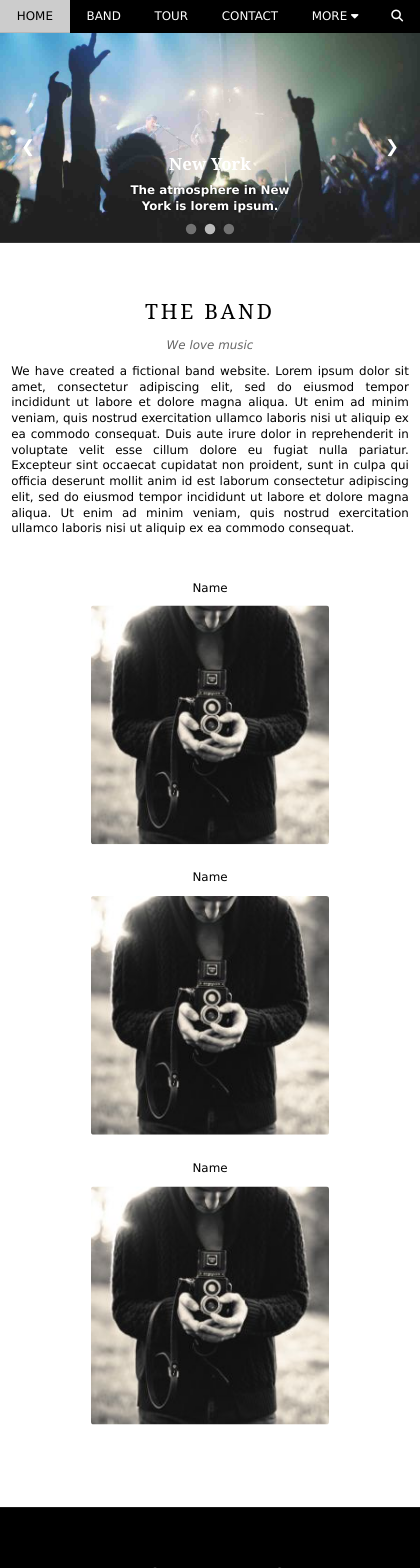
Repository: tam1512/The-Band
Page: index.html
An editor plug-in stored every save of this project. The page is shown before and after the next save, followed by the edit.
The browser window is 600 px wide. The pictures show the part of the page from y = 0 to 2240 px (the page is 5577 px tall before and 5558 px after), at 70% of full size.
Some web libraries are served in a nearby version.

Above is the page before, as saved 2022-07-28 10:42:21.

After the next save:
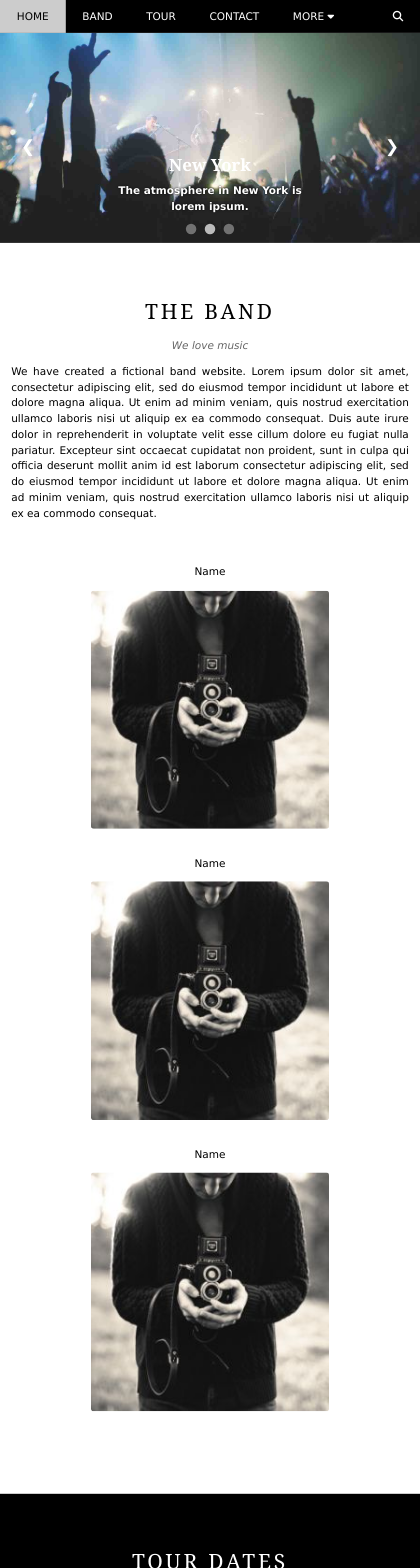
Saved 32 s later.
--- a/assets/css/responsive.css
+++ b/assets/css/responsive.css
@@ -13,7 +13,7 @@
 /* mobile */
 @media (max-width: 739px) {
   body {
-    font-size: 17px;
+    /* font-size: 17px; */
   }
 
   .btn {

After the save that followed:
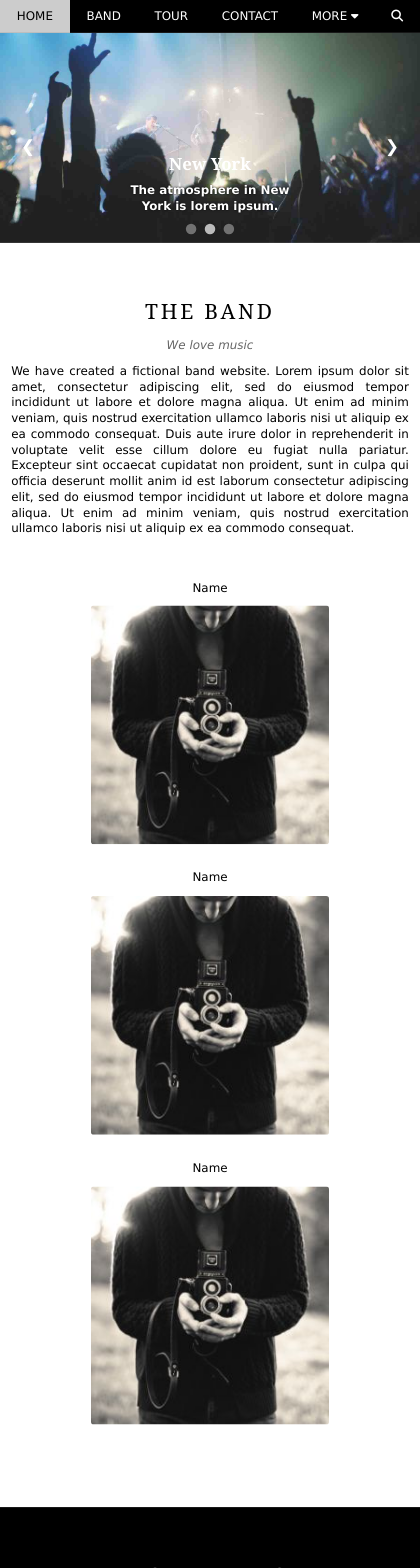
Saved 5 s later.
--- a/assets/css/responsive.css
+++ b/assets/css/responsive.css
@@ -13,7 +13,7 @@
 /* mobile */
 @media (max-width: 739px) {
   body {
-    /* font-size: 17px; */
+    font-size: 17px;
   }
 
   .btn {
